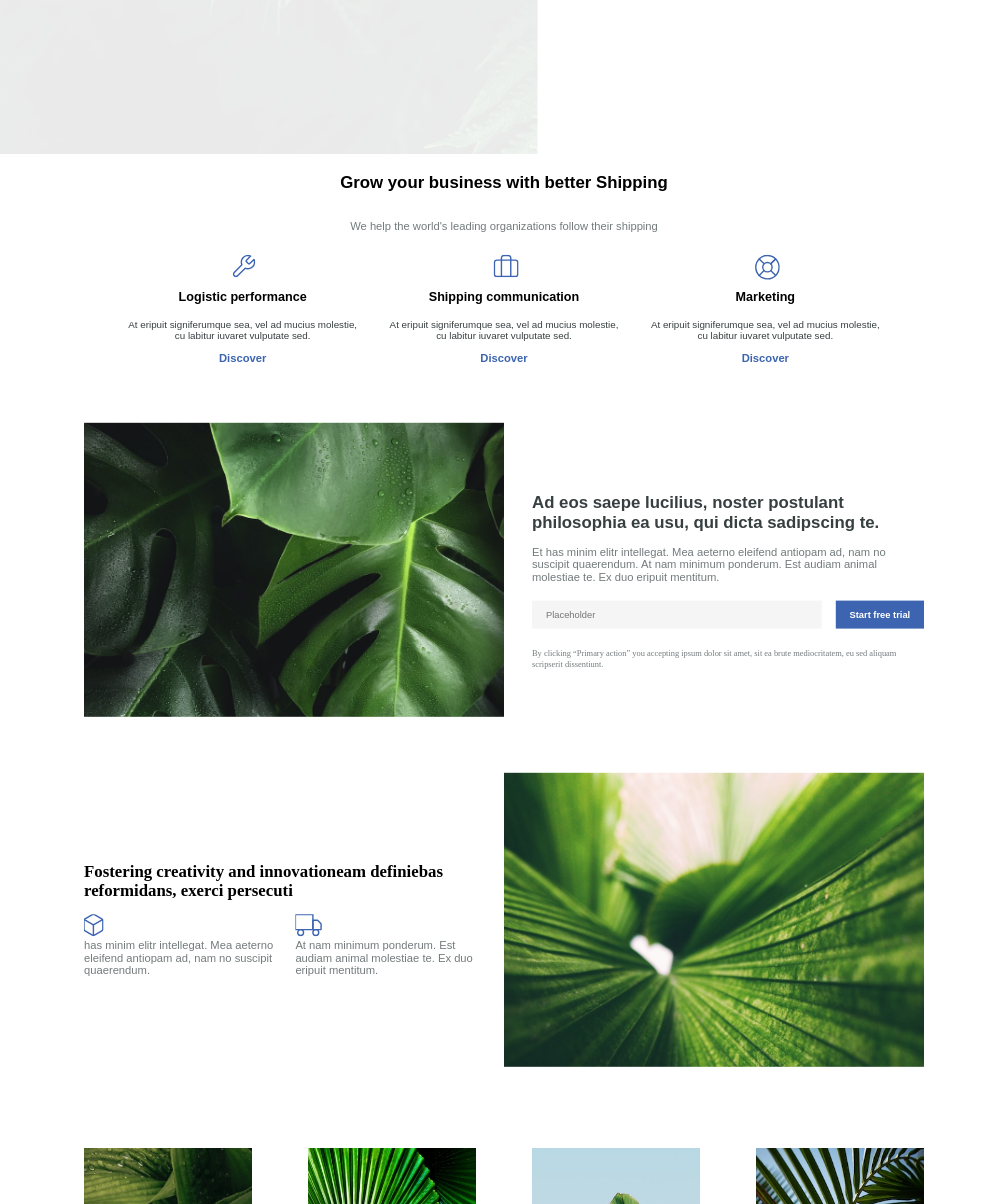
Repository: Mygit2001/LeTuSy_Test_Ecommage
Page: index.html
The author's editor kept a copy of each file at every save. The page is drawn from the files as they stood at one save, then again after the next save.
The browser window is 768 px wide. The page is 1440 px wide, then 1104 px, so the pictures cover 1440 px, including what lies to the right of the window. The pictures show the part of the page from y = 580 to 2300 px (the page is 2604 px tall), at 70% of full size.
Some web fonts or font styles are not loaded; a fallback is used. Some web libraries are served in a nearby version.

Above is the page before, as saved 2023-02-15 22:16:48.

### index.html
<!DOCTYPE html>
<html lang="en">
  <head>
    <meta charset="UTF-8" />
    <meta http-equiv="X-UA-Compatible" content="IE=edge" />
    <meta name="viewport" content="width=device-width, initial-scale=1.0" />
    <link rel="stylesheet" href="./assets/css/base.css" />
    <link rel="stylesheet" href="./assets/css/index.css" />
    <link rel="stylesheet" href="./assets/js/index.js" />
    <link rel="stylesheet" href="./assets/css/responsive.css" />
    <link rel="preconnect" href="https://fonts.googleapis.com" />
    <link rel="preconnect" href="https://fonts.gstatic.com" crossorigin />
    <link href="https://fonts.google.com/specimen/Mulish" rel="stylesheet" />
    <link
      rel="stylesheet"
      href="https://cdnjs.cloudflare.com/ajax/libs/font-awesome/6.3.0/css/all.min.css"
      integrity="sha512-SzlrxWUlpfuzQ+pcUCosxcglQRNAq/DZjVsC0lE40xsADsfeQoEypE+enwcOiGjk/bSuGGKHEyjSoQ1zVisanQ=="
      crossorigin="anonymous"
      referrerpolicy="no-referrer"
    />
    <title>Ecommage test - Lê Tử Sỹ</title>
  </head>
  <body>
    <header>
      <nav class="navbar_header">
        <div class="logo navbar_header-item">
          <svg
            width="67"
            height="40"
            viewBox="0 0 67 40"
            fill="none"
            xmlns="http://www.w3.org/2000/svg"
          >
            <path
              d="M42.5147 30.5614C63.5719 30.5614 65.2682 12.6468 65.4038 4.13342C65.4051 3.90184 65.3598 3.67236 65.2708 3.45856C65.1818 3.24477 65.0508 3.051 64.8856 2.88873C64.7204 2.72646 64.5243 2.59898 64.3089 2.51384C64.0935 2.4287 63.8633 2.38762 63.6317 2.39305C33.7072 2.94264 33.7072 17.4504 33.7072 30.5614V37.6074"
              stroke="#3C64B1"
              stroke-width="3"
              stroke-linecap="round"
              stroke-linejoin="round"
            />
            <path
              d="M33.7072 30.5614C33.7072 30.5614 33.7072 19.9923 47.7992 18.2308"
              stroke="#3C64B1"
              stroke-width="3"
              stroke-linecap="round"
              stroke-linejoin="round"
            />
            <path
              d="M24.8891 30.5614C3.832 30.5614 2.13566 12.6468 2.00003 4.13342C1.99878 3.90184 2.04401 3.67236 2.13302 3.45856C2.22204 3.24477 2.35304 3.051 2.51827 2.88873C2.68349 2.72646 2.87959 2.59898 3.09496 2.51384C3.31033 2.4287 3.54058 2.38762 3.7721 2.39305C33.6967 2.94264 33.6967 17.4504 33.6967 30.5614V37.6074"
              stroke="#3C64B1"
              stroke-width="3"
              stroke-linecap="round"
              stroke-linejoin="round"
            />
            <path
              d="M33.6967 30.5614C33.6967 30.5614 33.6967 19.9923 19.6046 18.2308"
              stroke="#3C64B1"
              stroke-width="3"
              stroke-linecap="round"
              stroke-linejoin="round"
            />
          </svg>
        </div>
        <div class="navbar_header-item menu fw-600">
          <span>Features</span>
          <span>Pricing</span>
          <span>Contact</span>
        </div>
        <div class="navbar_header-item navitem-right">
          <span class="bar-icon" ><i class="fa-solid fa-bars"></i></span >
          <label class="fw-600">Log In</label>
          <button class="default-butn" style="width: 107px">Start now</button>
        </div>
      </nav>
    </header>
    <main class="container">
      <div class="main_intro">
        <div class="main_intro-content">
          <div class="main_intro-content-text">
            <span class="fw-700">Simplify your online shipping for </span>
            <span class="fw-700">free this month !</span>
            <p>
              Et has minim elitr intellegat. Mea aeterno eleifend antiopam
              ad,nam no suscipit quaerendum. At nam minimum ponderum. Est audiam
              animal molestiae te.
            </p>
          </div>
          <div class="main_intro-content-button">
            <button class="default-butn">Start free trial</button>
            <button class="default-butn2" style="">Learn more</button>
          </div>
        </div>
        <div class="main_intro-img"></div>
      </div>
      <div class="main_content">
        <div class="main_content-head">
          <div class="main_content-text">
            <h2>Grow your business with better Shipping</h2>
            <span
              >We help the world's leading organizations follow their
              shipping</span
            >
          </div>
          <div class="main_content-services">
            <div class="main_content-services-item">
              <div class="content_services-item-top">
                <div class="s-30">
                  <svg
                    width="33"
                    height="32"
                    viewBox="0 0 33 32"
                    fill="none"
                    xmlns="http://www.w3.org/2000/svg"
                  >
                    <path
                      d="M20.1376 7.79345C19.8484 8.08852 19.6864 8.48524 19.6864 8.89843C19.6864 9.31161 19.8484 9.70833 20.1376 10.0034L22.6633 12.5291C22.9584 12.8183 23.3551 12.9803 23.7683 12.9803C24.1814 12.9803 24.5782 12.8183 24.8732 12.5291L30.8243 6.57798C31.6181 8.33203 31.8584 10.2863 31.5133 12.1804C31.1682 14.0745 30.254 15.8185 28.8926 17.1799C27.5312 18.5412 25.7873 19.4554 23.8932 19.8005C21.9991 20.1456 20.0448 19.9053 18.2907 19.1115L7.38307 30.0192C6.75509 30.6472 5.90336 31 5.01527 31C4.12717 31 3.27544 30.6472 2.64746 30.0192C2.01948 29.3912 1.66669 28.5395 1.66669 27.6514C1.66669 26.7633 2.01948 25.9116 2.64746 25.2836L13.5551 14.3759C12.7614 12.6219 12.5211 10.6676 12.8662 8.77349C13.2113 6.87939 14.1254 5.13544 15.4868 3.77406C16.8482 2.41268 18.5922 1.49852 20.4863 1.15341C22.3804 0.808299 24.3347 1.04863 26.0887 1.84237L20.1534 7.77767L20.1376 7.79345Z"
                      stroke="#3C64B1"
                      stroke-width="2"
                      stroke-linecap="round"
                      stroke-linejoin="round"
                    />
                  </svg>
                </div>
                <div class="services-item-top-title fw-700">
                  Logistic performance
                </div>
                <span class="services-item-top-des"
                  >At eripuit signiferumque sea, vel ad mucius molestie, cu
                  labitur iuvaret vulputate sed.</span
                >
              </div>
              <div class="content_services-item-bot">
                <label class="services-item-bot-text fw-700">Discover</label>
              </div>
            </div>
            <div class="main_content-services-item">
              <div class="content_services-item-top">
                <div class="s-30">
                  <svg
                    width="36"
                    height="32"
                    viewBox="0 0 36 32"
                    fill="none"
                    xmlns="http://www.w3.org/2000/svg"
                  >
                    <path
                      d="M31.3334 7.66669H4.66671C2.82576 7.66669 1.33337 9.15907 1.33337 11V27.6667C1.33337 29.5076 2.82576 31 4.66671 31H31.3334C33.1743 31 34.6667 29.5076 34.6667 27.6667V11C34.6667 9.15907 33.1743 7.66669 31.3334 7.66669Z"
                      stroke="#3C64B1"
                      stroke-width="2"
                      stroke-linecap="round"
                      stroke-linejoin="round"
                    />
                    <path
                      d="M24.6667 31V4.33333C24.6667 3.44928 24.3155 2.60143 23.6904 1.97631C23.0653 1.35119 22.2174 1 21.3334 1H14.6667C13.7827 1 12.9348 1.35119 12.3097 1.97631C11.6846 2.60143 11.3334 3.44928 11.3334 4.33333V31"
                      stroke="#3C64B1"
                      stroke-width="2"
                      stroke-linecap="round"
                      stroke-linejoin="round"
                    />
                  </svg>
                </div>
                <div class="services-item-top-title fw-700">
                  Shipping communication
                </div>
                <span class="services-item-top-des"
                  >At eripuit signiferumque sea, vel ad mucius molestie, cu
                  labitur iuvaret vulputate sed.</span
                >
              </div>
              <div class="content_services-item-bot">
                <span class="services-item-bot-text fw-700">Discover</span>
              </div>
            </div>
            <div class="main_content-services-item">
              <div class="content_services-item-top">
                <div class="s-30">
                  <svg
                    width="36"
                    height="36"
                    viewBox="0 0 36 36"
                    fill="none"
                    xmlns="http://www.w3.org/2000/svg"
                  >
                    <path
                      d="M18.3334 34.3333C27.5382 34.3333 35.0001 26.8714 35.0001 17.6667C35.0001 8.46192 27.5382 1 18.3334 1C9.12867 1 1.66675 8.46192 1.66675 17.6667C1.66675 26.8714 9.12867 34.3333 18.3334 34.3333Z"
                      stroke="#3C64B1"
                      stroke-width="2"
                      stroke-linecap="round"
                      stroke-linejoin="round"
                    />
                    <path
                      d="M18.3334 24.3333C22.0153 24.3333 25.0001 21.3486 25.0001 17.6667C25.0001 13.9848 22.0153 11 18.3334 11C14.6515 11 11.6667 13.9848 11.6667 17.6667C11.6667 21.3486 14.6515 24.3333 18.3334 24.3333Z"
                      stroke="#3C64B1"
                      stroke-width="2"
                      stroke-linecap="round"
                      stroke-linejoin="round"
                    />
                    <path
                      d="M6.55005 5.8833L13.6167 12.95"
                      stroke="#3C64B1"
                      stroke-width="2"
                      stroke-linecap="round"
                      stroke-linejoin="round"
                    />
                    <path
                      d="M23.0502 22.3834L30.1168 29.4501"
                      stroke="#3C64B1"
                      stroke-width="2"
                      stroke-linecap="round"
                      stroke-linejoin="round"
                    />
                    <path
                      d="M23.0502 12.95L30.1168 5.8833"
                      stroke="#3C64B1"
                      stroke-width="2"
                      stroke-linecap="round"
                      stroke-linejoin="round"
                    />
                    <path
                      d="M23.0502 12.9499L28.9335 7.06659"
                      stroke="#3C64B1"
                      stroke-width="2"
                      stroke-linecap="round"
                      stroke-linejoin="round"
                    />
                    <path
                      d="M6.55005 29.4501L13.6167 22.3834"
                      stroke="#3C64B1"
                      stroke-width="2"
                      stroke-linecap="round"
                      stroke-linejoin="round"
                    />
                  </svg>
                </div>

                <div class="services-item-top-title fw-700">Marketing</div>
                <span class="services-item-top-des"
                  >At eripuit signiferumque sea, vel ad mucius molestie, cu
                  labitur iuvaret vulputate sed.</span
                >
              </div>
              <div class="content_services-item-bot">
                <span class="services-item-bot-text fw-700">Discover</span>
              </div>
            </div>
          </div>
        </div>
        <div class="main_content-block1 main_content-block">
          <div class="content_block1-img cus-bgImg"></div>
          <div class="content_block1-des">
            <div class="content_block1-text">
              <h2>
                Ad eos saepe lucilius, noster postulant philosophia ea usu, qui
                dicta sadipscing te.
              </h2>
              <p>
                Et has minim elitr intellegat. Mea aeterno eleifend antiopam ad,
                nam no suscipit quaerendum. At nam minimum ponderum. Est audiam
                animal molestiae te. Ex duo eripuit mentitum.
              </p>
            </div>
            <div class="content_block1-func">
              <div class="content_block1-func-bi">
                <input
                  type="text"
                  placeholder="Placeholder"
                  class="input-ctb1"
                />
                <button class="default-butn">Start free trial</button>
              </div>
              <div>
                <p class="block1-lt">
                  By clicking “Primary action” you accepting ipsum dolor sit
                  amet, sit ea brute mediocritatem, eu sed aliquam scripserit
                  dissentiunt.
                </p>
              </div>
            </div>
          </div>
        </div>
        <div class="main_content-block2 main_content-block">
          <div class="content_block2-des">
            <div class="content_block2-text">
              <h2>
                Fostering creativity and innovationeam definiebas reformidans,
                exerci persecuti
              </h2>
            </div>
            <div class="content_block2-wrap-item">
              <div class="content_block2-item">
                <div>
                  <svg
                    width="28"
                    height="32"
                    viewBox="0 0 28 32"
                    fill="none"
                    xmlns="http://www.w3.org/2000/svg"
                  >
                    <path
                      d="M26.8951 21.2487V9.29534C26.8945 8.77129 26.7562 8.2566 26.494 7.8029C26.2317 7.3492 25.8548 6.97244 25.4009 6.71042L14.9417 0.733736C14.4874 0.471454 13.9721 0.333374 13.4475 0.333374C12.923 0.333374 12.4077 0.471454 11.9534 0.733736L1.49417 6.71042C1.04034 6.97244 0.663382 7.3492 0.401127 7.8029C0.138872 8.2566 0.000537516 8.77129 0 9.29534V21.2487C0.000537516 21.7728 0.138872 22.2874 0.401127 22.7411C0.663382 23.1948 1.04034 23.5716 1.49417 23.8336L11.9534 29.8103C12.4077 30.0726 12.923 30.2107 13.4475 30.2107C13.9721 30.2107 14.4874 30.0726 14.9417 29.8103L25.4009 23.8336C25.8548 23.5716 26.2317 23.1948 26.494 22.7411C26.7562 22.2874 26.8945 21.7728 26.8951 21.2487Z"
                      stroke="#3C64B1"
                      stroke-width="2"
                      stroke-linecap="round"
                      stroke-linejoin="round"
                    />
                    <path
                      d="M0.403427 7.74158L13.4475 15.2871L26.4917 7.74158"
                      stroke="#3C64B1"
                      stroke-width="2"
                      stroke-linecap="round"
                      stroke-linejoin="round"
                    />
                    <path
                      d="M13.4475 30.3333V15.2721"
                      stroke="#3C64B1"
                      stroke-width="2"
                      stroke-linecap="round"
                      stroke-linejoin="round"
                    />
                  </svg>
                </div>
                <div class="content_block2-item-text">
                  has minim elitr intellegat. Mea aeterno eleifend antiopam ad,
                  nam no suscipit quaerendum.
                </div>
              </div>
              <div class="content_block2-item">
                <div>
                  <svg
                    width="38"
                    height="32"
                    viewBox="0 0 38 32"
                    fill="none"
                    xmlns="http://www.w3.org/2000/svg"
                  >
                    <path
                      d="M25 0.333374H0V22H25V0.333374Z"
                      stroke="#3C64B1"
                      stroke-width="2"
                      stroke-linecap="round"
                      stroke-linejoin="round"
                    />
                    <path
                      d="M25 8.66663H31.6666L36.6666 13.6666V21.9999H25V8.66663Z"
                      stroke="#3C64B1"
                      stroke-width="2"
                      stroke-linecap="round"
                      stroke-linejoin="round"
                    />
                    <path
                      d="M7.49997 30.3333C9.80116 30.3333 11.6666 28.4678 11.6666 26.1667C11.6666 23.8655 9.80116 22 7.49997 22C5.19879 22 3.33331 23.8655 3.33331 26.1667C3.33331 28.4678 5.19879 30.3333 7.49997 30.3333Z"
                      stroke="#3C64B1"
                      stroke-width="2"
                      stroke-linecap="round"
                      stroke-linejoin="round"
                    />
                    <path
                      d="M29.1666 30.3333C31.4678 30.3333 33.3333 28.4678 33.3333 26.1667C33.3333 23.8655 31.4678 22 29.1666 22C26.8654 22 25 23.8655 25 26.1667C25 28.4678 26.8654 30.3333 29.1666 30.3333Z"
                      stroke="#3C64B1"
                      stroke-width="2"
                      stroke-linecap="round"
                      stroke-linejoin="round"
                    />
                  </svg>
                </div>
                <div class="content_block2-item-text">
                  At nam minimum ponderum. Est audiam animal molestiae te. Ex
                  duo eripuit mentitum.
                </div>
              </div>
            </div>
          </div>
          <div class="content_block2-img cus-bgImg"></div>
        </div>
        <div class="main_content-foot">
          <div class="main_content-foot-item">
            <div class="content-foot-item-img1 wh-img-foot cus-bgImg"></div>
            <div class="content-foot-item-text">
              <span class="fw-700 fs-18">Ad eos saepe lucilius</span>
              <p>
                At eripuit signiferumque sea, vel ad mucius molestie, cu
                labitur.
              </p>
            </div>
          </div>
          <div class="main_content-foot-item">
            <div class="content-foot-item-img2 wh-img-foot cus-bgImg"></div>
            <div class="content-foot-item-text">
              <span class="fw-700 fs-18">Ad eos saepe lucilius</span>
              <p>
                At eripuit signiferumque sea, vel ad mucius molestie, cu
                labitur.
              </p>
            </div>
          </div>
          <div class="main_content-foot-item">
            <div class="content-foot-item-img3 wh-img-foot cus-bgImg"></div>
            <div class="content-foot-item-text">
              <span class="fw-700 fs-18">Ad eos saepe lucilius</span>
              <p>
                At eripuit signiferumque sea, vel ad mucius molestie, cu
                labitur.
              </p>
            </div>
          </div>
          <div class="main_content-foot-item">
            <div class="content-foot-item-img4 wh-img-foot cus-bgImg"></div>
            <div class="content-foot-item-text">
              <span class="fw-700 fs-18">Ad eos saepe lucilius</span>
              <p>
                At eripuit signiferumque sea, vel ad mucius molestie, cu
                labitur.
              </p>
            </div>
          </div>
        </div>
      </div>
    </main>
  </body>
</html>

### assets/css/base.css
body {
  padding: 0;
  margin: 0;
  box-sizing: border-box;
}
header {
}
.default-butn {
  text-align: center;
  padding: 10px 10px;
  width: 135px;
  height: 40px;
  color: #fff;
  font-family: "Mulish", sans-serif;
  outline: none;
  border: none;
  font-weight: 700;
  background-color: #3c64b1;
}
.default-butn2 {
  text-align: center;
  padding: 10px 20px;
  width: 116px;
  height: 40px;
  border: 1px solid #3c64b1;
  color: #3C64B1;
  font-weight: 600;
  font-family: "Mulish", sans-serif;
}
.s-30 {
    width: 30px;
    height: 30px;
}
.cus-bgImg {
  flex: none;
  flex-grow: 0;
  background-size: cover;
  background-repeat: no-repeat;
}
.fw-600 {
  font-weight: 600;
}
.fw-700 {
  font-weight: 700;
}
.fs-18 {
  font-size: 18px;
}

### assets/css/responsive.css
/* PC */
@media(min-width:64em){
    .bar-icon {
        display: none;
    }

}


/* mobile */
@media(max-width:46.1875em) {
    .row {
        display: block;
    }
    .col-sm-12 {
        width: 100%;
    }
    .col-sm-6 {
        width: 50%;
    }
    .menu,.navitem-right {
        display:none;
    }
}

/* Tablet */
@media(min-width:46.25em) and (max-width:63.9375em){


}

 /* mobile and tablet */
@media(max-width:63.9375em) {
    .bar-icon {
        display: block !important;
    }
    .navbar_header {
        width: 100%;
    }
}

Loaded but not shown: assets/css/index.css (308 lines, source omitted); assets/js/index.js (no stored copy; drawn as an empty file)

After the next save:
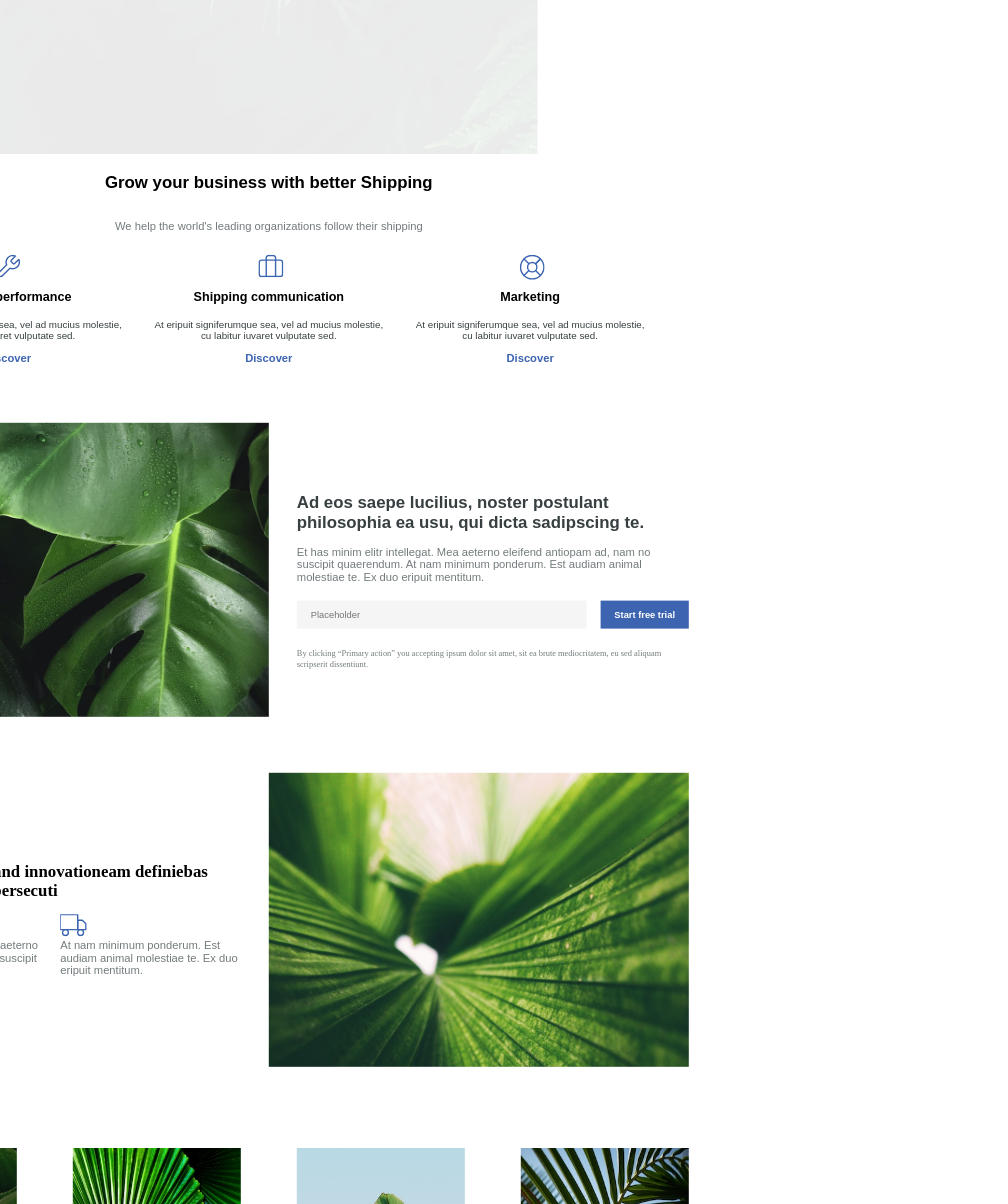
Saved 65 s later.
--- a/assets/css/responsive.css
+++ b/assets/css/responsive.css
@@ -37,4 +37,7 @@
     .navbar_header {
         width: 100%;
     }
+    .container {
+        width: 100%;
+    }
 }
